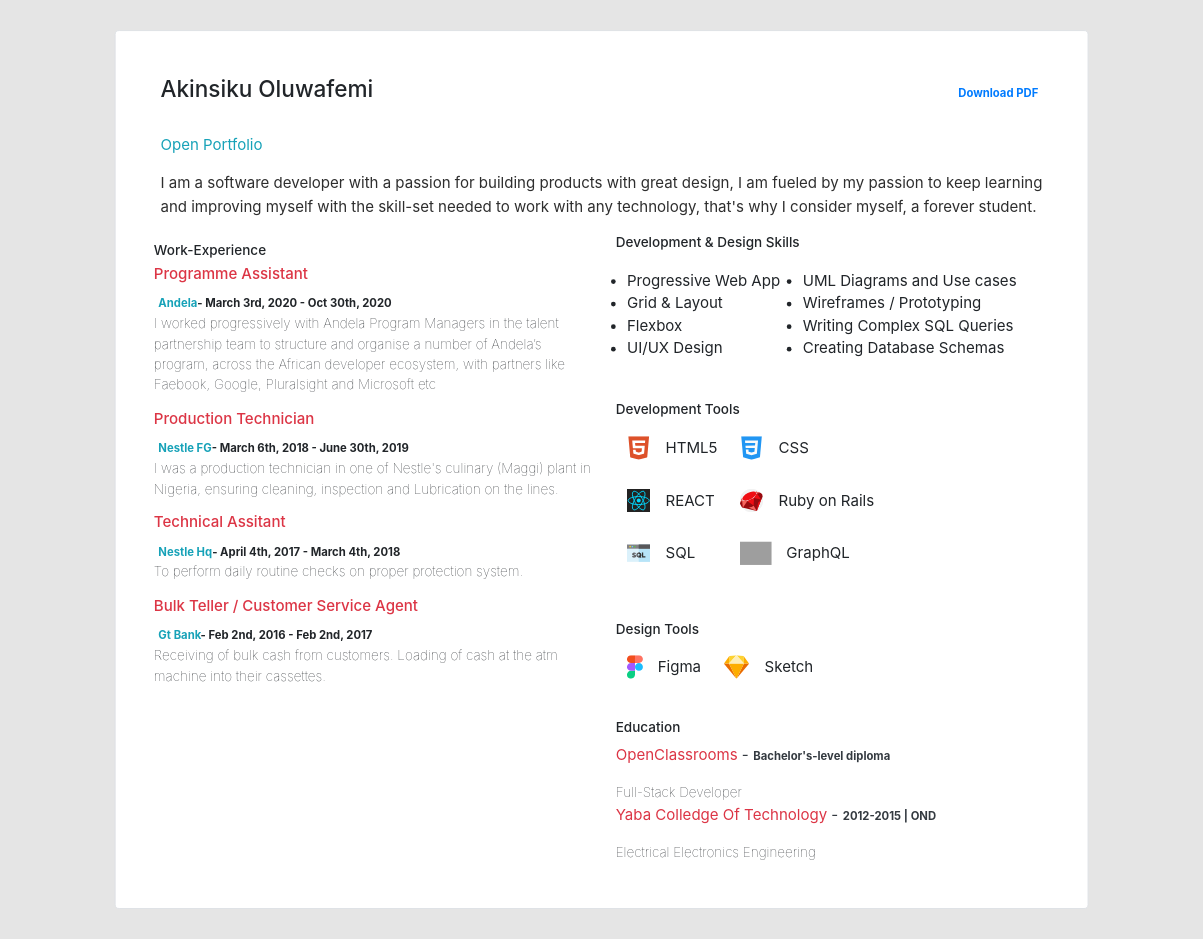
Repository: akinsikuoluwafemi/resume
Page: index.html
The author's editor kept a copy of each file at every save. The page is drawn from the files as they stood at one save, then again after the next save.
The browser window is 1280 px wide. The pictures show the whole page, at 94% of full size.
Pictures or frames that could not be fetched are drawn as grey boxes. The style sheet was rebuilt from its Sass, Less or Tailwind sources for each picture, by a compiler version that may differ from the author's.

Above is the page before, as saved 2021-01-13 23:39:39.

### index.html
<!DOCTYPE html>
<html lang="en">

<head>
    <meta charset="UTF-8">
    <meta name="viewport" content="width=device-width, initial-scale=1.0">
    <meta http-equiv="X-UA-Compatible" content="ie=edge">
    <link rel="shortcut icon" type="image/png" href="./images/new-photo.png">

    <link rel="stylesheet" href="https://stackpath.bootstrapcdn.com/bootstrap/4.3.1/css/bootstrap.min.css" integrity="sha384-ggOyR0iXCbMQv3Xipma34MD+dH/1fQ784/j6cY/iJTQUOhcWr7x9JvoRxT2MZw1T"
        crossorigin="anonymous" />
    <link rel="stylesheet" href="./resume.css">

    <title>Akinsiku Oluwafemi - Software Developer</title>
</head>

<body>

   <div class="col-sm-12 col-lg-10 m-auto">
       <!--  -->
        <div class="p-c container border px-3 py-4 px-lg-5 py-lg-5 ">
            <header class="row">
                <div class="col d-flex align-items-center">
                    <h4 class="header__name mr-auto">Akinsiku Oluwafemi</h4>
                    <a href="./images/Femi_Akinsiku_resume.pdf" download="Femi_Akinsiku_resume.pdf" class="badge">Download PDF</a>
                </div>
            </header>
            <div class="row mt-4">
                <a href="https://femiakin.com/" target="_blank" class="col text-info">Open Portfolio</a>
            </div>

            <div class="row mt-3">
                <div class="col">
                    <p class="intro">I am a software developer with a passion for building products with great design, I am
                        fueled by my passion to keep learning and improving myself with the skill-set needed to work with
                        any
                        technology,
                        that's why I consider myself, a forever student.</p>
                </div>
            </div>


            <div class="row">

                <div class="col col-lg-6 p-2  ">
                    <!-- <div>
                        <h5 class="item__header">Community-Experience</h5>

                        <h6 class="item__job text-danger">#GADS 2020 - Programme Assistant </h6>
                        <p class="item__description">Grow with google, Andela and Pluralsight partnered to provide a new
                            program to support
                            software developers in Africa on Android, Google Cloud and Mobile Web skills. I am currently
                            serving as a
                            program assistant.</p>

                    </div>

                    <div>



                        <h6 class="item__job text-danger">#BuildforSDG Challenge 2020 - Programme Assistant </h6>


                        <p class="item__description">Facebook and Andela partnered to up-skill developers across
                            Sub-Saharan
                            Africa,
                            through a six-week immersive program where selected developers work in agile remote
                            teams to build projects relating to the SDGs.
                        </p>

                    </div> -->




                    <!-- here -->
                    <div>
                        <h5 class="item__header">Work-Experience</h5>
                        <h6 class="item__job text-danger">Programme Assistant
</h6>
                        <span class="badge"><span class="text-info">Andela</span>- March 3rd, 2020 - Oct 30th, 2020</span>
                        <p class="item__description">I worked progressively with Andela Program Managers in the talent partnership team to structure and organise a number of Andela’s program, across the African developer ecosystem, with partners like Faebook, Google, Pluralsight and Microsoft etc</p>

                    </div>
                    <div>
                        <h6 class="item__job text-danger">Production Technician</h6>
                        <span class="badge"><span class="text-info">Nestle FG</span>- March 6th, 2018 - June 30th, 2019 </span>
                        <p class="item__description">I was a production technician in one of Nestle's culinary (Maggi)
                            plant in
                            Nigeria,
                            ensuring cleaning, inspection and Lubrication on the lines.</p>

                    </div>
                    <div>
                        <h6 class="item__job text-danger">Technical Assitant</h6>
                        <span class="badge"><span class="text-info">Nestle Hq</span>- April 4th, 2017 - March 4th, 2018</span>
                        <p class="item__description">To perform daily routine checks on proper protection system.
                        </p>

                    </div>
                    <div>
                        <h6 class="item__job text-danger">Bulk Teller / Customer Service Agent</h6>
                        <span class="badge"><span class="text-info">Gt Bank</span>- Feb 2nd, 2016 - Feb 2nd, 2017 </span>
                        <p class="item__description">Receiving of bulk cash from customers.
                            Loading of cash at the atm machine into their cassettes.
                            </p>

                    </div>
                    <!-- here2 -->


                </div>
                <div class="col col-lg-6 ">

                    <div>
                        <h5 class="item__header ">Development & Design Skills</h5>
                        <div class="d-flex ">
                            <ul class="list__item">
                                <li>Progressive Web App</li>
                                <li>Grid & Layout</li>
                                <li>Flexbox</li>
                                <li>UI/UX Design</li>


                            </ul>
                            <ul class="list__item">
                                <li>UML Diagrams and Use cases</li>
                                <li>Wireframes / Prototyping</li>
                                <li>Writing Complex SQL Queries</li>
                                <li>Creating Database Schemas</li>



                            </ul>
                        </div>


                    </div>

                    <div class="item__container">
                        <h5 class="item__header">Development Tools</h5>
                        <div class="d-flex ">
                            <ul class="list__item">
                                <div class="d-flex  mb-3">
                                    <img src="./images/html5.svg" />
                                    <p class="ml-3">HTML5</p>
                                </div>
                                <div class="d-flex  mb-3">
                                    <img src="./images/react-1.svg" />
                                    <p class="ml-3">REACT</p>
                                </div>
                                <div class="d-flex ">
                                    <img src="./images/sql.svg" />
                                    <p class="ml-3">SQL</p>
                                </div>

                            </ul>
                            <ul class="list__item ">
                                <div class="d-flex  mb-3">
                                    <img src="./images/css-3.svg" />
                                    <p class="ml-3">CSS</p>
                                </div>
                                <div class="d-flex  mb-3">
                                    <img src="./images/ruby.svg" />
                                    <p class="ml-3">Ruby on Rails</p>
                                </div>
                                <div class="d-flex ">
                                    <img src="./images/graphql-icon.svg" />
                                    <p class="ml-3">GraphQL</p>
                                </div>


                            </ul>
                        </div>


                    </div>

                    <!-- here -->

                    <div class="item__contain">
                        <h5 class="item__header">Design Tools</h5>
                        <div class="d-flex ">
                            <ul class="list__item">
                                <!-- <div class="d-flex mb-3">
                                    <img src="./images/invision.svg" />
                                    <p class="ml-3">Invision</p>
                                </div> -->
                                <div class="d-flex ">
                                    <img src="./images/figma-1.svg" />
                                    <p class="ml-3">Figma</p>
                                </div>

                            </ul>
                            <ul class="list__item ">
                                <!-- <div class="d-flex  mb-3 ">
                                    <img src="./images/adobe-xd-1.svg" />
                                    <p class="ml-3">AdobeXD</p>
                                </div> -->
                                <div class="d-flex ">
                                    <img src="./images/sketch-2.svg" />
                                    <p class="ml-3">Sketch</p>
                                </div>


                            </ul>
                        </div>


                    </div>
                    <div class="edu">
                        <h5 class="item__header">Education</h5>
                        <p paragraph><a href="https://www.francecompetences.fr/recherche/rncp/27099/" class="text-danger text-info">OpenClassrooms
                            <span class="text-dark">-</span><span class="badge text-dark">Bachelor's-level diploma</span></a></p>

                        <span class="item__description "><a style="color: #212529" href="https://openclassrooms.com/en/paths/104-full-stack-developer">Full-Stack Developer</a></span>

                        <p class="text-danger paragraph pt-2">Yaba Colledge Of Technology <span class="text-dark">-</span><span class="badge text-dark">2012-2015
                                | OND</span></p>
                        <span class="item__description ">Electrical Electronics Engineering</span>


                    </div>



                </div>

            </div>


        </div>

        <!--  -->
   </div>










    <script src="https://code.jquery.com/jquery-3.3.1.slim.min.js" integrity="sha384-q8i/X+965DzO0rT7abK41JStQIAqVgRVzpbzo5smXKp4YfRvH+8abtTE1Pi6jizo"
        crossorigin="anonymous"></script>
    <script src="https://cdnjs.cloudflare.com/ajax/libs/popper.js/1.14.7/umd/popper.min.js" integrity="sha384-UO2eT0CpHqdSJQ6hJty5KVphtPhzWj9WO1clHTMGa3JDZwrnQq4sF86dIHNDz0W1"
        crossorigin="anonymous"></script>
    <script src="https://stackpath.bootstrapcdn.com/bootstrap/4.3.1/js/bootstrap.min.js" integrity="sha384-JjSmVgyd0p3pXB1rRibZUAYoIIy6OrQ6VrjIEaFf/nJGzIxFDsf4x0xIM+B07jRM"
        crossorigin="anonymous"></script>
</body>

</html>

### resume.scss


body {
    background-color: #E5E5E5;

    -webkit-font-smoothing: antialiased;
  -moz-osx-font-smoothing: grayscale;
}

.container {
    margin: 2rem auto;
    background-color: white;
    border-radius: .3rem;
}

.intro {
    font-size: 1rem;
    color: rgba(0,0,0,0.82);
    line-height: 1.6rem;
}


.text-info:hover{
    text-decoration: none;
}

img {
    height: 25px;
}



.item {

     &__contain {
        margin-bottom: 0rem;
        // background: red;
    }

    &__container {
        margin: 1rem 0!important;
    }

    &__dev {
         font-size: .9rem;
        margin-bottom: 1rem;
    }

    &__header {
        font-size: .9rem;
        margin-bottom: .5rem;
    }

    &__description {
        font-weight: 100;
        font-size: .9rem;
    }

}


.list__item {
    padding: 12px;
}

@media (max-width: 576px) {
    br {
        display: none;
    }
 }

 .paragraph {
   padding: 0!important;
 }

After the next save:
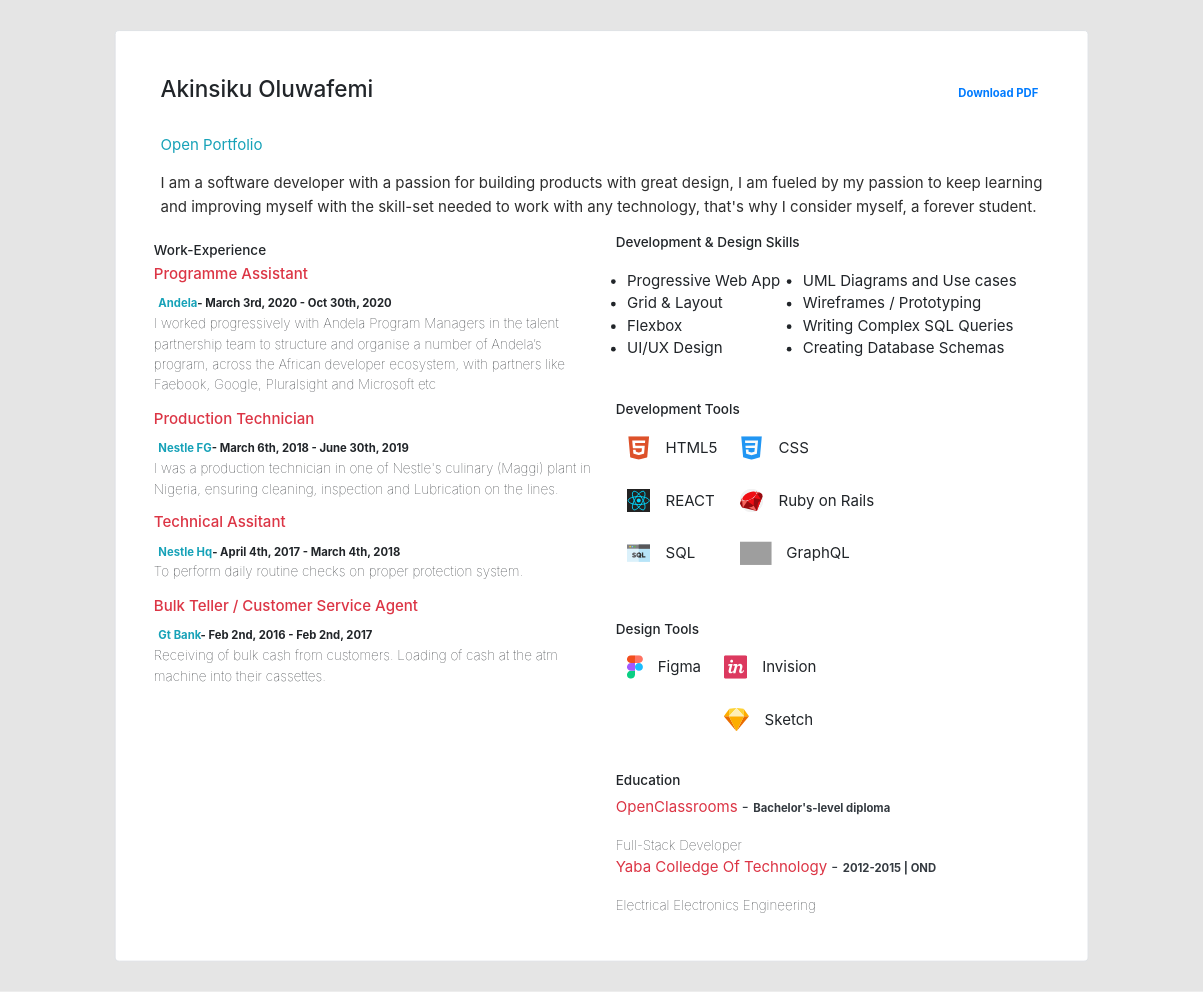
Saved 7 s later.
--- a/index.html
+++ b/index.html
@@ -198,6 +198,10 @@
                                     <img src="./images/adobe-xd-1.svg" />
                                     <p class="ml-3">AdobeXD</p>
                                 </div> -->
+                                  <div class="d-flex mb-3">
+                                    <img src="./images/invision.svg" />
+                                    <p class="ml-3">Invision</p>
+                                </div>
                                 <div class="d-flex ">
                                     <img src="./images/sketch-2.svg" />
                                     <p class="ml-3">Sketch</p>
